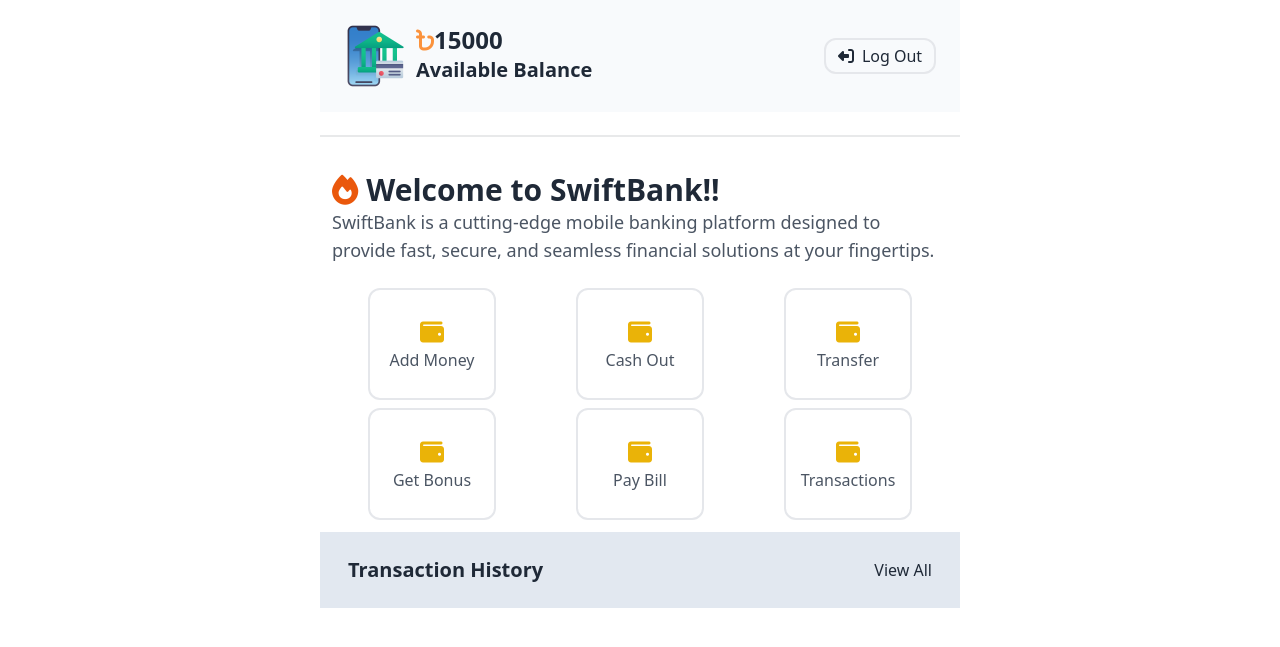
Repository: mukaddam-coder/swift-bank-mobile-banking
Page: home.html
These files come from the project's save history. The page is drawn as it stood at one moment and after the next save; the edit follows.
The browser window is 1280 px wide. The pictures show the whole page.
Empty fields were first filled with sample values (such as "Sample", 5 or name@example.com).
After loading, the first visible `#show-transaction-history` was clicked once.
Some web libraries are served in a nearby version.

Above is the page before, as saved 2024-12-16 23:47:16.

### home.html
<!DOCTYPE html>
<html lang="en">
<head>
    <meta charset="UTF-8">
    <meta name="viewport" content="width=device-width, initial-scale=1.0">
    <title>SwiftBank</title>
    <!-- Fontawesome CDN -->
    <script src="https://kit.fontawesome.com/c4e7b2ed2f.js" crossorigin="anonymous"></script>
    <!-- Google Fonts -->
    <link rel="preconnect" href="https://fonts.googleapis.com">
    <link rel="preconnect" href="https://fonts.gstatic.com" crossorigin>
    <link href="https://fonts.googleapis.com/css2?family=Montserrat:ital,wght@0,100..900;1,100..900&display=swap" rel="stylesheet">
    <!-- Tailwind + DaisyUi CDN -->
    <link href="https://cdn.jsdelivr.net/npm/daisyui@4.12.19/dist/full.min.css" rel="stylesheet" type="text/css" />
    <script src="https://cdn.tailwindcss.com"></script>

</head>
<body>

<main>
  <div class="w-1/2 mx-auto p-6 bg-slate-50 h-full flex justify-between items-center">
    <div class="flex gap-2">
        <!-- Logo -->
    <div>
    <img class="w-16 h-16" src="images/mobile-banking.png">
    </div>
    <div>
   <h2 class="text-2xl font-bold" id="main-balance">
   <i class="fa-solid fa-bangladeshi-taka-sign text-orange-400"></i>15000</h2>
   <p class="font-semibold text-xl">Available Balance</p>
</div>
</div>
<div>
<button class="border-2 w-28 px-1 py-1 rounded-xl"> <i class="fa-solid fa-right-from-bracket rotate-180 mr-2"></i>Log Out</button>
</div>
        </div>
    <div class="divider w-1/2 mx-auto"></div>
    <!-- Greetings Section -->
        <section class="w-1/2 mx-auto p-3">
            <h1 class="font-bold text-3xl"><i class="fa-solid fa-fire text-orange-600 text-3xl mr-2"></i>Welcome to SwiftBank!!</h1>
            <p class="text-gray-600 text-lg">
                SwiftBank is a cutting-edge mobile banking platform designed to provide fast, secure, and seamless financial solutions at your fingertips.
            </p>
        </section>
     <!-- User Actionable Dashboard -->

     <section class="w-1/2 mx-auto">
        <div class="grid grid-cols-3 p-3 text-center gap-2">
          <div class="button-container">
            <button id="show-add-money-section" class="border-2 w-32 h-28 rounded-xl bg-white text-gray-600">
            <p>
              <i class="fa-solid fa-wallet text-yellow-500 text-2xl"></i>
            </p>
            Add Money
           </button>
        </div>
          <div class>
             <button id="show-cash-out-section" class="border-2 w-32 h-28 rounded-xl bg-white text-gray-600">
              <p><i class="fa-solid fa-wallet text-yellow-500 text-2xl"></i></p>
                Cash Out
              </button>
            </div>
          <div>
          <button id="show-money-transfer-section" class="border-2 w-32 h-28 rounded-xl bg-white text-gray-600">
              <p><i class="fa-solid fa-wallet text-2xl text-yellow-500"></i></p>
                Transfer
              </button>
            </div>
          <div class="">
        <button id="show-get-bonus-section" class="border-2 w-32 h-28 rounded-xl bg-white text-gray-600">
            <p><i class="fa-solid fa-wallet text-2xl text-yellow-500"></i></p>
                Get Bonus
            </button>
          </div>
        <div class="">
          <button id="show-pay-bill-section" class="border-2 w-32 h-28 rounded-xl bg-white text-gray-600">
              <p><i class="fa-solid fa-wallet text-2xl text-yellow-500"></i></p>
                      Pay Bill
            </button>
          </div>
        <div class="">
          <button id="show-transaction-history" class="border-2 w-32 h-28 rounded-xl bg-white text-gray-600">
              <p><i class="fa-solid fa-wallet text-2xl text-yellow-500"></i></p>
                      Transactions
              </button>
            </div>

        </div>
      </section>
      <!-- Add Money Section Start -->
      <section id ="add-money-section" class="w-1/2 mx-auto px-5 py-4 bg-slate-200">
        <h2 class="p-2 font-bold text-xl">Add Money</h2>
        <form class="card-body bg-white rounded-3xl">
            <div class="form-control mb-4">
              <label class="label">
                <span class="label-text font-semibold text-xl">Select A Bank</span>
              </label>
              <select id="bank"  class="input-bordered rounded-full bg-slate-200 h-12 px-5 border-2">
                <option value="Select Bank">Select Bank</option>
                <option value="AB Bank PLC">AB Bank PLC</option>
                <option value="Bangladesh Commerce Bank Limited">Bangladesh Commerce Bank Limited</option>
                <option value="Islami Bank Bangladesh PLC">Islami Bank Bangladesh PLC</option>
                <option value="Dutch-Bangla Bank PLC">Dutch-Bangla Bank PLC</option>
                <option value="Jamuna Bank Limited">Jamuna Bank Limited</option>
                <option value="Trust Bank PLC">Trust Bank PLC</option>
              </select>
              </div>
            <div class="form-control mb-4">
              <label class="label">
                <span class="label-text font-semibold text-xl">Bank Account Number</span>
              </label>
              <input id="input-bank-account-field" type="text" placeholder="Enter 17 digit account number" class="input input-bordered rounded-full bg-slate-200" required />
            </div>
            <div class="form-control mb-4">
              <label class="label">
                <span class="label-text font-semibold text-xl">Amount to Add</span>
              </label>
              <input id="input-amount-field" type="text" placeholder="Write Amount" class="input input-bordered rounded-full bg-slate-200" required />
              </div>
            <div class="form-control mb-4">
              <label class="label">
                <span class="label-text font-semibold text-xl">5 Digit Pin</span>
              </label>
              <input id="input-add-money-pin-number" type="password" placeholder="Enter 5 Digit Pin" class="input input-bordered rounded-full bg-slate-200" required />
              </div>
            <div class="form-control mb-4">
              <button id="btn-add-money" class="bg-blue-700 font-bold text-xl text-white p-3 rounded-full">Add Money</button>
            </div>
          </form>
          <!-- Result Message -->
        <p id="result-message" class="text-center font-bold text-lg mt-4"></p>
      </section>
      <!-- Add Money Section End -->

      <!-- Cash Out Section Start -->
      <section id ="cash-out-section" class="hidden w-1/2 mx-auto px-5 py-4 bg-slate-200">
        <h2 class="p-2 font-bold text-xl">Cash Out</h2>
        <form class="card-body bg-white rounded-3xl">
            <div class="form-control mb-4">
              <label class="label">
                <span class="label-text font-semibold text-xl">Agent Number</span>
              </label>
              <input type="number" id="input-cash-out-phone" placeholder="Enter 11 digit number" class="input input-bordered rounded-full bg-slate-200" maxlength="11" required >
              </div>
             <div class="form-control mb-4">
              <label class="label">
                <span class="label-text font-semibold text-xl">Withdrawal Amount</span>
              </label>
              <input id="input-cash-out-field" type="text" placeholder="Write Amount" class="input input-bordered rounded-full bg-slate-200" required />
            </div>
            <div class="form-control mb-4">
              <label class="label">
                <span class="label-text font-semibold text-xl">5 Digit Pin</span>
              </label>
              <input id="input-cash-out-pin-number" type="password" placeholder="Enter 5 Digit Pin" class="input input-bordered rounded-full bg-slate-200" required />
              </div>
          <div class="form-control mb-4">
              <button id="btn-cash-out" class="bg-blue-700 font-bold text-xl text-white p-3 rounded-full">Cash Out</button>
            </div>
          </form>
      </section>
     <!-- Cash Out Section End -->

     <!-- Money Transfer Section Start -->
     <section id ="money-transfer-section" class="hidden w-1/2 mx-auto px-5 py-4 bg-slate-200">
      <h2 class="p-2 font-bold text-xl">Money Transfer</h2>
      <form class="card-body bg-white rounded-3xl">
          <div class="form-control mb-4">
            <label class="label">
              <span class="label-text font-semibold text-xl">User Account Number</span>
            </label>
            <input type="number" id="input-money-transfer-number" placeholder="Enter 11 digit number" class="input input-bordered rounded-full bg-slate-200" maxlength="11" required >
            </div>
           <div class="form-control mb-4">
            <label class="label">
              <span class="label-text font-semibold text-xl">Amount</span>
            </label>
            <input id="input-money-transfer-amount" type="text" placeholder="Enter Amount to transfer" class="input input-bordered rounded-full bg-slate-200" required />
          </div>
          <div class="form-control mb-4">
            <label class="label">
              <span class="label-text font-semibold text-xl">5 Digit Pin</span>
            </label>
            <input id="input-money-transfer-pin" type="password" placeholder="Enter 5 Digit Pin" class="input input-bordered rounded-full bg-slate-200" required />
            </div>
           <div class="form-control mb-4">
            <button id="btn-money-transfer" class="bg-blue-700 font-bold text-xl text-white p-3 rounded-full">Send Now</button>
          </div>
        </form>
    </section>
     <!-- Money Transfer Section End -->

     <!-- Get Bonus Section Start -->
     <section id ="get-bonus-section" class="hidden w-1/2 mx-auto px-5 py-4 bg-slate-200">
      <h2 class="p-2 font-bold text-xl">Get Bonus</h2>
      <form class="card-body bg-white rounded-3xl">
          <div class="form-control mb-4">
            <label class="label">
              <span class="label-text font-semibold text-xl">Bonus Coupon</span>
            </label>
            <input type="text" id="input-bonus-coupon" placeholder="Enter coupon code" class="input input-bordered rounded-full bg-slate-200" maxlength="11" required >
            </div>

           <div class="form-control mb-4">
            <button id="btn-get-bonus" class="bg-blue-700 font-bold text-xl text-white p-3 rounded-full">Get Bonus</button>
          </div>
        </form>
    </section>
     <!-- Get Bonus Section End -->

     <!-- Pay Bill Section Start -->
     <section id ="pay-bill-section" class="hidden w-1/2 mx-auto px-5 py-4 bg-slate-200">
      <h2 class="p-2 font-bold text-xl">Pay Bill</h2>
      <form class="card-body bg-white rounded-3xl">
          <div class="form-control mb-4">
            <label class="label">
              <span class="label-text font-semibold text-xl">Select to Pay</span>
            </label>
            <select id="payment-list"  class="input-bordered rounded-full bg-slate-200 h-12 px-5 border-2">
              <option value="Select option">Select Payment Option</option>
              <option value="Electricity Bill">Electricity Bill</option>
              <option value="Gas Bill">Gas Bill</option>
              <option value="Water Bill">Water Bill</option>
              <option value="Internet Bill">Internet Bill</option>
              <option value="Mobile Recharge">Mobile Recharge</option>
              <option value="Tax Payments">Tax Payments</option>
              <option value="College/University Tuition Fees">College/University Tuition Fees</option>
              <option value="Bus/Train Tickets">Bus/Train Tickets</option>
              <option value="Bus/Train Tickets">Passport or Visa Fees</option>
              <option value="Credit Card Bill Payments">Credit Card Bill Payments</option>
            </select>
            </div>
           <div class="form-control mb-4">
            <label class="label">
              <span class="label-text font-semibold text-xl">Billar Account Number</span>
            </label>
            <input id="input-billar-account-number-field" type="text" placeholder="Enter account number" class="input input-bordered rounded-full bg-slate-200" required />
            </div>
          <div class="form-control mb-4">
            <label class="label">
              <span class="label-text font-semibold text-xl">Amount to Pay</span>
            </label>
            <input id="input-pay-bill-amount-field" type="number" placeholder="Write Amount" class="input input-bordered rounded-full bg-slate-200" required />
            </div>
          <div class="form-control mb-4">
            <label class="label">
              <span class="label-text font-semibold text-xl">5 Digit Pin</span>
            </label>
            <input id="input-pay-bill-pin-number" type="password" placeholder="Enter 5 Digit Pin" class="input input-bordered rounded-full bg-slate-200" required />
            </div>
          <div class="form-control mb-4">
            <button id="btn-pay-bill" class="bg-blue-700 font-bold text-xl text-white p-3 rounded-full">Pay Now</button>
          </div>
        </form>
        <!-- Result Message -->
        <p id="result-message" class="text-center font-bold text-lg mt-4"></p>
    </section>
     <!-- Pay Bill Section End -->

     <!-- Transaction History Start -->
     <section id ="transaction-history-section" class="hidden w-1/2 mx-auto px-5 py-4 bg-slate-200">
      <div class="flex justify-between items-center">
        <h2 class="p-2 font-bold text-xl">Transaction History</h2>
        <p class="p-2">
          <a href="#">View All</a>
        </p>
      </div>

      <div id="transaction-container">

      </div>
    </section>
     <!-- Transaction History End -->
      <script src="Jscript/utilities.js"></script>
      <script src="Jscript/add-money.js"></script>
      <script src="Jscript/cash-out.js"></script>
      <script src="Jscript/features.js"></script>
      <script src="Jscript/money-transfer.js"></script>
      <script src="Jscript/bonus.js"></script>
      <script src="Jscript/pay-bill.js"></script>
       </main>

</body>
</html>

### Jscript/utilities.js
function getInputFieldValueById(id){
    const inputValue = document.getElementById(id).value;
    const inputNumber = parseFloat(inputValue);
    return inputNumber;
}


function getTextFieldValueById(id){
    const textValue = document.getElementById(id).innerText;
    const textNumber = parseFloat(textValue);
    return textNumber;
}

function showSectionById(id){
    // Hide all the section
    document.getElementById('add-money-section').classList.add('hidden');
    document.getElementById('cash-out-section').classList.add('hidden');
    document.getElementById('money-transfer-section').classList.add('hidden');
    document.getElementById('get-bonus-section').classList.add('hidden');
    document.getElementById('pay-bill-section').classList.add('hidden');
//    Show the section with the provided id
    document.getElementById(id).classList.remove('hidden');
};

### Jscript/add-money.js
document.getElementById('btn-add-money').addEventListener('click', function(event){
    event.preventDefault();
   const bankList = document.getElementById('bank').value;
   const addMoney = getInputFieldValueById('input-amount-field');
   const pinNumber = getInputFieldValueById('input-add-money-pin-number');
   const bankAccNumber = getInputFieldValueById('input-bank-account-field');
   const mainBalance = getTextFieldValueById('main-balance');




    if(isNaN(addMoney)){
        alert('Please enter a positive number to add money.');
        return;
    }

    if(addMoney <= 0 ){
        alert('Please enter a positive number to add money.')
    }

   if(pinNumber === 19945 && bankAccNumber >= 6){
        const newBalance = mainBalance + addMoney;
        document.getElementById('main-balance').innerText = newBalance;
        // Get Transaction time
        const transactionTime = new Date();
        const formattedTime = transactionTime.toLocaleString();

        // Add to transaction histoy
       const transactionDiv = document.createElement('div');
               transactionDiv.classList.add('bg-white', 'rounded-xl', 'p-4', 'mb-4');
               transactionDiv.innerHTML = `
                   <div class = "flex justify-between items-center gap-1">
                       <div class="flex w-1/3">
                       <p><i class="fa-solid fa-wallet text-2xl text-yellow-500 rounded-full bg-slate-200 px-3 py-2"></i></p>
                       <h2 class="p-1 font-bold text-xl text-center">Add Money</h2>
                       </div>
                       <div class="flex-1">
                       <p class="text-md"><span class ="font-bold text-green-600">From ${bankList}</span> BDT: ${addMoney} was added to your account, and your new balance is BDT: ${newBalance}</p>
                       <p class="text-sm text-gray-500 font-bold">Transaction Time: ${formattedTime}</p>
                       </div>
                    </div>`;

               // Append transaction to the transaction history container
               document.getElementById('transaction-container').appendChild(transactionDiv);
         }

   else{
    alert('Failed to add money!Please try again.')
   }
})

### Jscript/cash-out.js
document.getElementById('btn-cash-out').addEventListener('click', function(event){
    event.preventDefault();
    const cashOut = getInputFieldValueById('input-cash-out-field');
    const cashOutPin = getInputFieldValueById('input-cash-out-pin-number');
    const agentNumber = getInputFieldValueById('input-cash-out-phone');
    const mainBalance = getTextFieldValueById('main-balance');


    if(isNaN(cashOut)){
        alert('Please enter a positive number to cash out.')
        return;
    }
    if(cashOut <= 0){
        alert('Please enter a valid amount to cash out.')
        return;
    }

    if(cashOut > mainBalance){
        alert('You do not have sufficient balance to cash out.');
        return;
    }

    if(cashOutPin === 19945 && agentNumber === 1735109219){

        const newBalance = mainBalance - cashOut;
     document.getElementById('main-balance').innerText = newBalance;

     // Get Transaction time
     const transactionTime = new Date();
     const formattedTime = transactionTime.toLocaleString();

     // Add to transaction histoy
    const transactionDiv = document.createElement('div');
            transactionDiv.classList.add('bg-white', 'rounded-xl', 'p-4', 'mb-4');
            transactionDiv.innerHTML = `
                <div class = "flex justify-between items-center gap-1">
                    <div class="flex w-1/3">
                    <p><i class="fa-solid fa-wallet text-2xl text-yellow-500 rounded-full bg-slate-200 px-3 py-2"></i></p>
                    <h2 class="p-1 font-bold text-xl text-center">Cash Out</h2>
                    </div>
                    <div class="flex-1">
                    <p class="text-md"><span class ="font-bold text-green-600">Cash out to${agentNumber}</span> BDT: ${cashOut} was successful, and your new balance is BDT: ${newBalance}.</p>
                    <p class="text-sm text-gray-500 font-bold">Transaction Time: ${formattedTime}</p>
                    </div>
                 </div>`;

            // Append transaction to the transaction history container
            document.getElementById('transaction-container').appendChild(transactionDiv);
    }
    else{
        alert('Failed to cash out! Please try again.')
    }
})

### Jscript/features.js

// The add money section will show when the add money button is clicked.
document.getElementById('show-add-money-section').addEventListener('click', function(){
    showSectionById('add-money-section');

    const addMoneyButton = document.getElementById('show-add-money-section');
   addMoneyButton.classList.add('border-1', 'border-green-500', 'ring-2', 'ring-orange-300', 'text-black', 'font-semibold', 'bg-white');
});

// The cash-out section will show when the cash-out button is clicked.
document.getElementById('show-cash-out-section').addEventListener('click', function(){
    showSectionById('cash-out-section')

    const cashOutButton = document.getElementById('show-cash-out-section');
    cashOutButton.classList.add('border-1', 'border-green-500', 'ring-2', 'ring-orange-300', 'text-black', 'font-semibold', 'bg-white')
});

// The money transfer section will show when the money transfer button is clicked.

document.getElementById('show-money-transfer-section').addEventListener('click', function(){
    showSectionById('money-transfer-section');

    const moneyTransferButton = document.getElementById('show-money-transfer-section');
    moneyTransferButton.classList.add('border-1', 'border-green-500', 'ring-2', 'ring-orange-300', 'text-black', 'font-semibold', 'bg-white');

});


document.getElementById('show-get-bonus-section').addEventListener('click', function(){
    showSectionById('get-bonus-section');

    const getBonusButton = document.getElementById('show-get-bonus-section');
    getBonusButton.classList.add('border-1', 'border-green-500', 'ring-2', 'ring-orange-300', 'text-black', 'font-semibold', 'bg-white');

});

document.getElementById('show-pay-bill-section').addEventListener('click', function(){
    showSectionById('pay-bill-section');

    const payBillButton = document.getElementById('show-pay-bill-section');
    payBillButton.classList.add('border-1', 'border-green-500', 'ring-2', 'ring-orange-300', 'text-black', 'font-semibold', 'bg-white')

});


document.getElementById('show-transaction-history').addEventListener('click', function(){
    showSectionById('transaction-history-section');

    const transactionHistoryButton = document.getElementById('show-transaction-history');
    transactionHistoryButton.classList.remove('border-1', 'border-green-500', 'ring-2', 'ring-orange-300', 'text-black', 'font-semibold', 'bg-white');


})

### Jscript/bonus.js
document.getElementById('btn-get-bonus').addEventListener('click', function(event){
    event.preventDefault();
    const getBonusInput = document.getElementById('input-bonus-coupon').value.trim();
    const mainBalanceText = document.getElementById('main-balance').innerText;
    const mainBalance = parseFloat(mainBalanceText);
    const couponCode = 'BONUS10';

    if(getBonusInput === couponCode){
        const bonusAmount = 100;
        const newBalance = mainBalance + bonusAmount;
        document.getElementById('main-balance').innerText = newBalance;
    }
    else{
        alert('Invalid Coupon Code! Please try again.')
    }
})

### Jscript/pay-bill.js
document.getElementById('btn-pay-bill').addEventListener('click', function(event){
         event.preventDefault();

         const paymentList = document.getElementById('payment-list').value;
         const accountNumber = getInputFieldValueById('input-billar-account-number-field');
         const payBillAmount = getInputFieldValueById('input-pay-bill-amount-field');
         const payBillPin = getInputFieldValueById('input-pay-bill-pin-number');

         const mainBalance = getTextFieldValueById('main-balance');

         if(isNaN(payBillAmount)){
            alert('Please enter a positive number.');
            return;
         }

         if(payBillAmount <= 0){
            alert('Please enter a valid amount greater than 0.');
            return;
         }

         if(payBillAmount > mainBalance){
            alert('You do not have sufficient balance to complete the payment.')
            return;
         }

         if(payBillPin === 19945 && accountNumber === 1629501006323){
            const newBalance = mainBalance - payBillAmount;
            document.getElementById('main-balance').innerText = newBalance;
               // add to transaction history
               const transactionDiv = document.createElement('div');
               transactionDiv.classList.add('bg-white', 'rounded-xl', 'p-4', 'mb-4');
               transactionDiv.innerHTML = `
                   <div class = "flex items-center gap-2">
                       <p><i class="fa-solid fa-wallet text-2xl text-yellow-500 rounded-full bg-slate-200 px-3 py-2"></i></p>
                       <h2 class="p-2 font-bold text-lg">${paymentList}</h2>
                       <p class="text-md">BDT ${payBillAmount} paid for ${paymentList}</p>
                       <p class="text-sm text-gray-600">Payment successful! Remaining Balance: BDT ${newBalance}</p>
                   </div>`;

               // Append transaction to the transaction history container
               document.getElementById('transaction-container').appendChild(transactionDiv);
         }

         else{
            alert('Invalid PIN or Account Number! Please try again.')
         }
})

Loaded but not shown: Jscript/money-transfer.js (54 lines, source omitted)

After the next save:
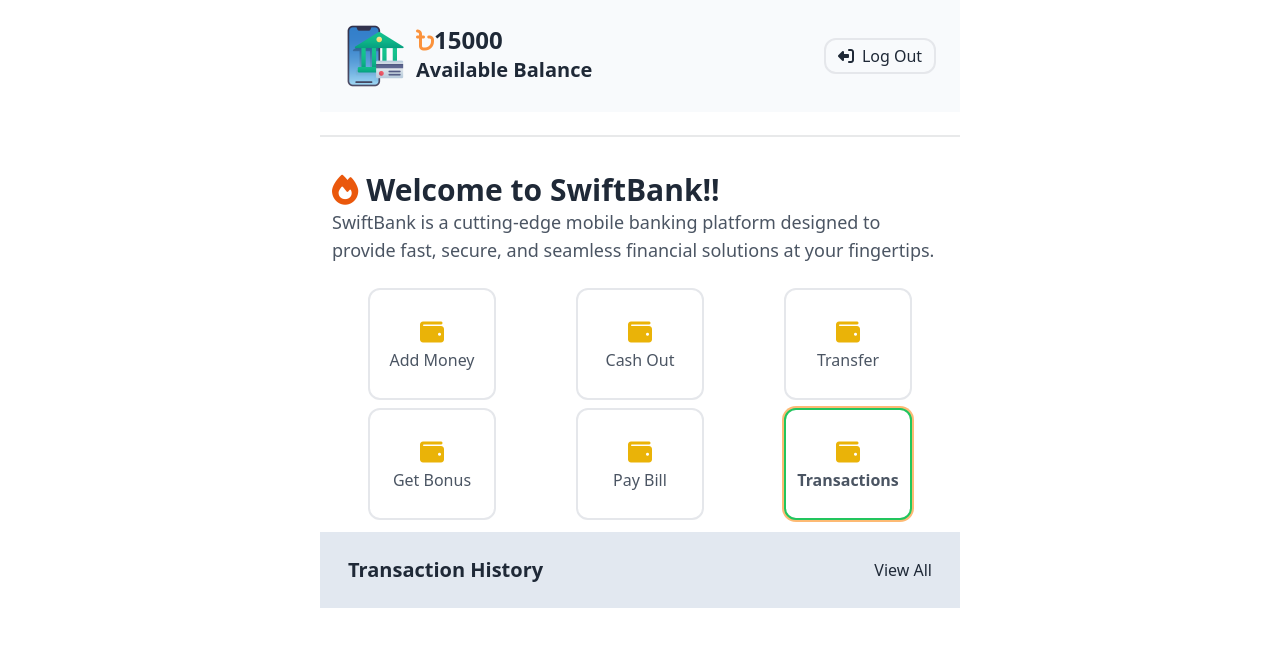
Saved 30 s later.
--- a/Jscript/features.js
+++ b/Jscript/features.js
@@ -47,7 +47,7 @@
     showSectionById('transaction-history-section');
 
     const transactionHistoryButton = document.getElementById('show-transaction-history');
-    transactionHistoryButton.classList.remove('border-1', 'border-green-500', 'ring-2', 'ring-orange-300', 'text-black', 'font-semibold', 'bg-white');
+    transactionHistoryButton.classList.add('border-1', 'border-green-500', 'ring-2', 'ring-orange-300', 'text-black', 'font-semibold', 'bg-white');
 
 
 })
